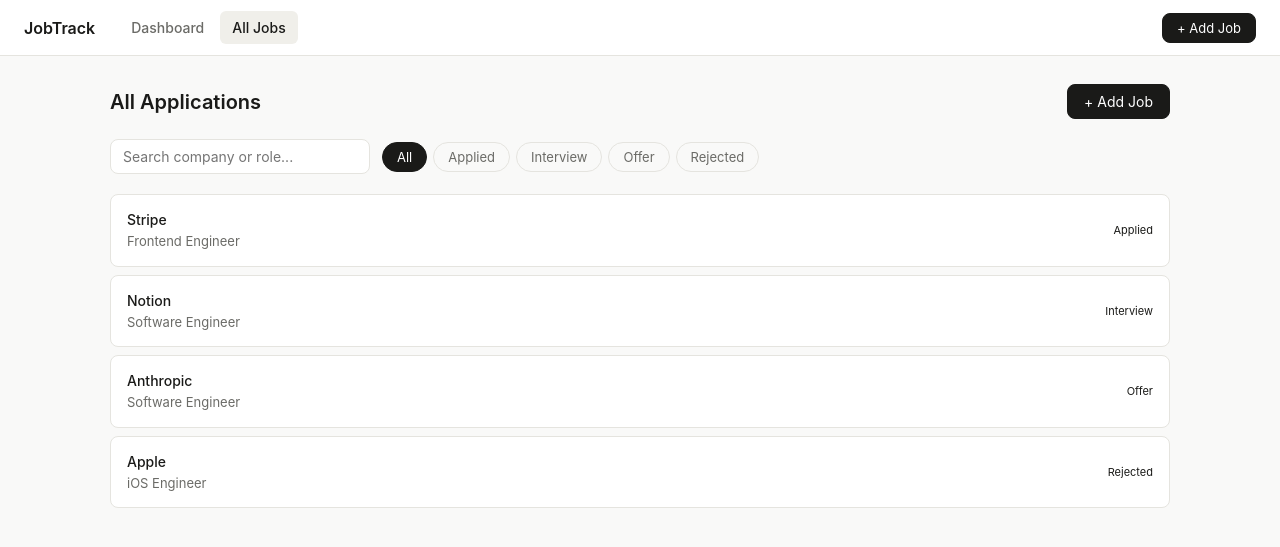
Repository: adtm0/jobtracker
Page: /jobs (app in frontend/)
These files come from the project's save history. The page is drawn as it stood at one moment and after a run of saves; the edit follows.
The browser window is 1280 px wide. The pictures show the whole page.
The project was rebuilt for these pictures with package versions that can differ from the ones it lists, and the page was loaded fresh each time. Also part of the build but not shown: frontend/vite.config.js, frontend/src/pages/Login.jsx, frontend/src/pages/Register.jsx, frontend/src/pages/Dashboard.jsx, frontend/src/pages/JobForm.jsx.

Above is the page before, as saved 2026-04-19 20:24:37.

After the next 5 saves:
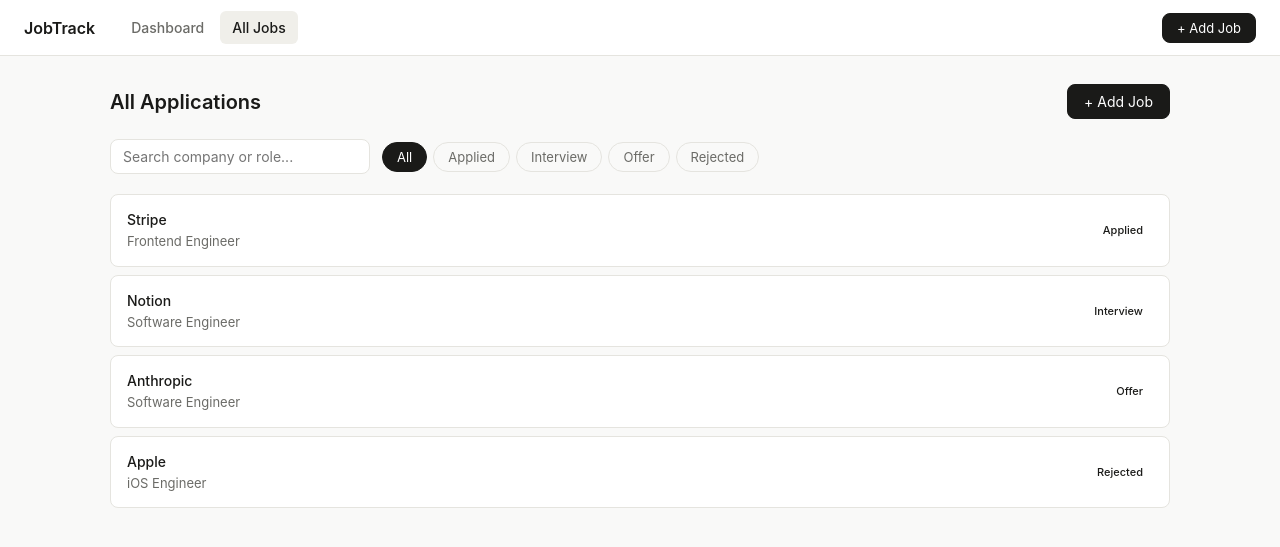
The 5 saves are shown as one change because 1 did not build or start and some came seconds apart.
The last was saved 20 s later.
--- a/frontend/src/pages/Jobs.jsx
+++ b/frontend/src/pages/Jobs.jsx
@@ -141,7 +141,9 @@
                 <div style={{color: '#6b6b67', fontSize: 13, marginTop: 2}}>{job.role}</div>
               </div>
               <span style={{
-                fontSize: 11
+                fontSize: 11,
+                fontWeight: 500,
+                padding: '3px 10px'
               }}>
                 {job.status.charAt(0).toUpperCase() + job.status.slice(1)}
               </span>
